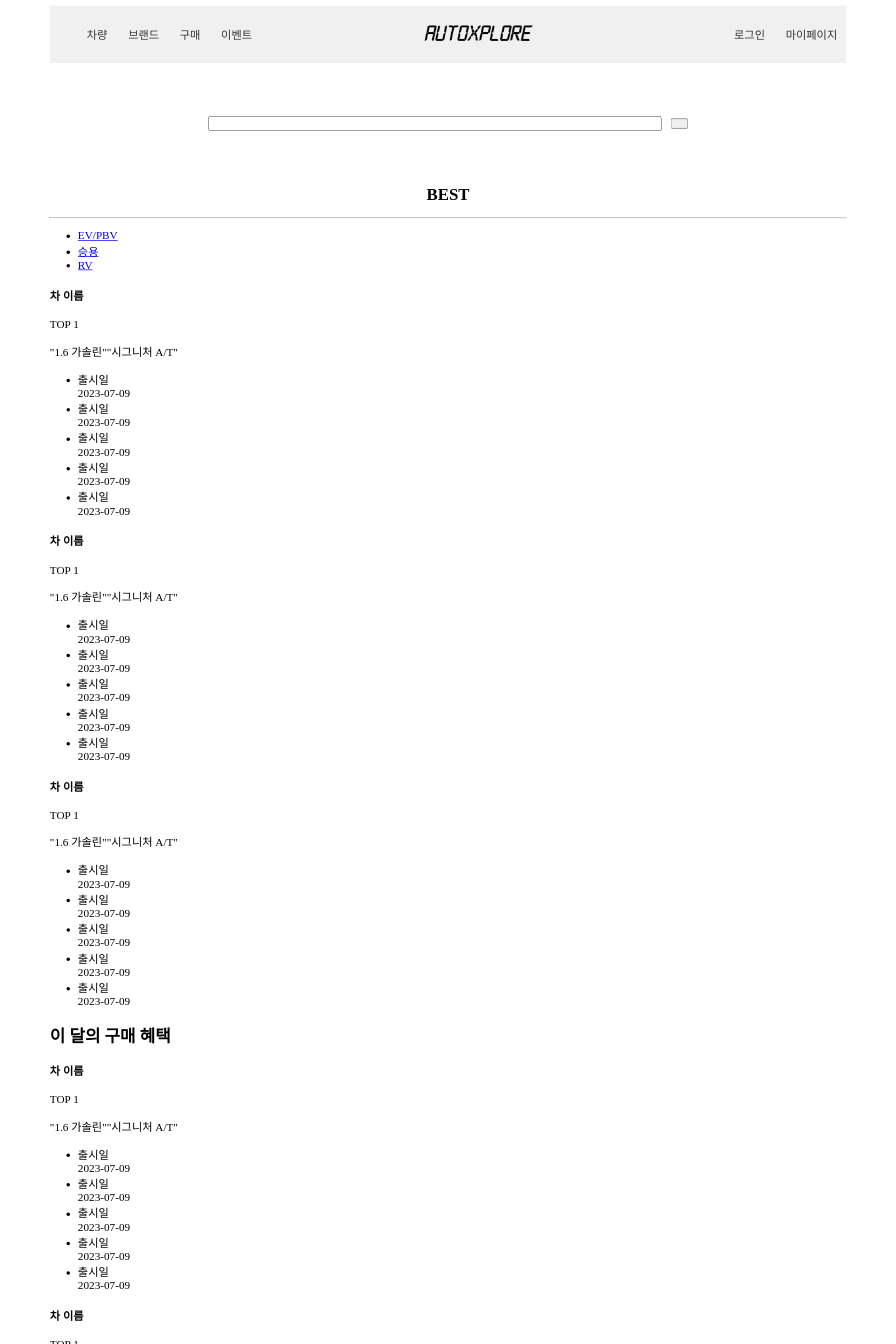
Repository: Autoxplore/Autoxplore
Page: main/main.html
The author's editor kept a copy of each file at every save. The page is drawn from the files as they stood at one save, then again after the next save.
The browser window is 1280 px wide. The pictures show the part of the page from y = 0 to 1920 px (the page is 3423 px tall), at 70% of full size.

Above is the page before, as saved 2023-08-03 08:57:06.

After the next save:
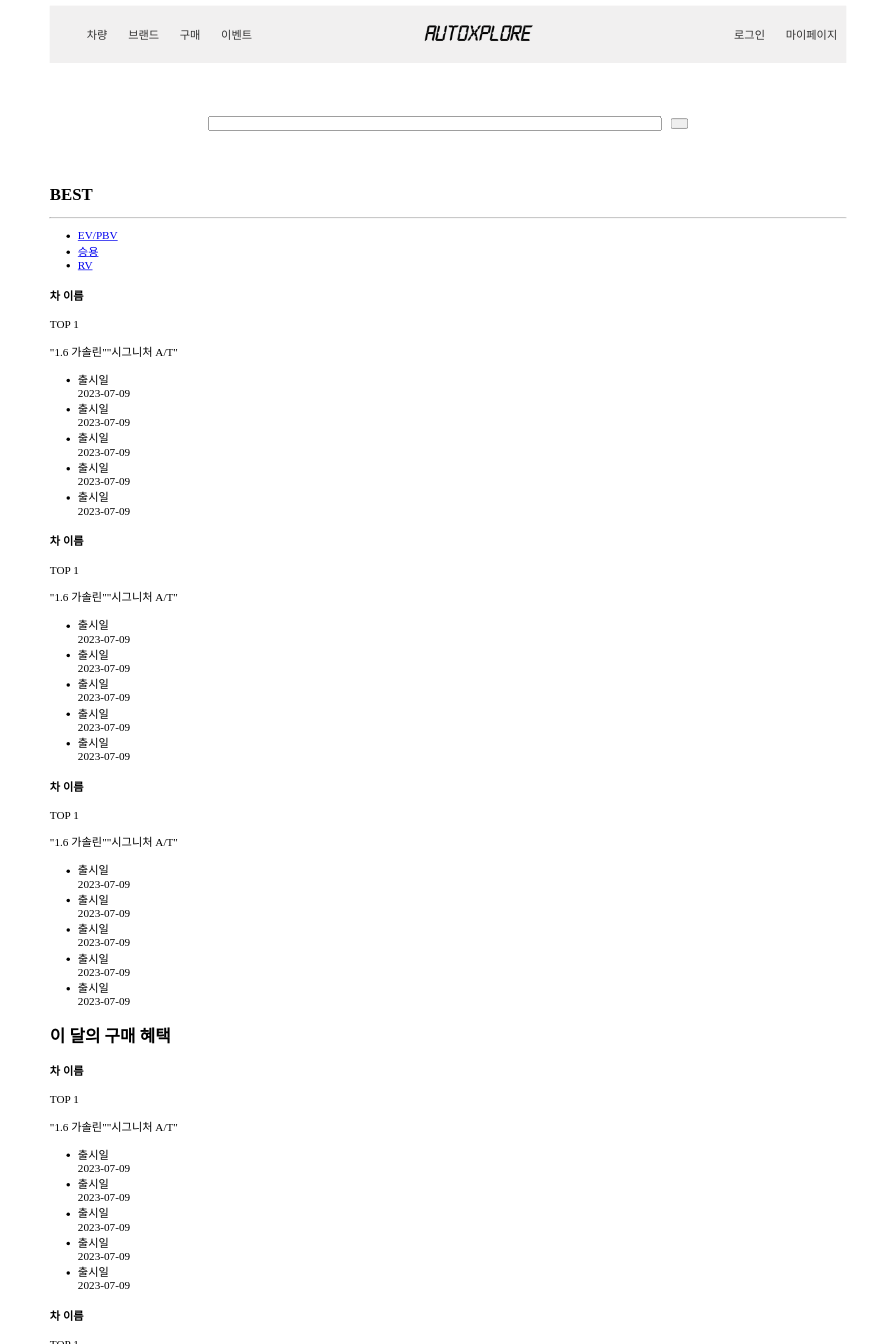
Saved 93 s later.
--- a/main/main.html
+++ b/main/main.html
@@ -30,8 +30,8 @@
             <input type="button">
         </section>
         <div>
-            <div class="best">
-                <h2>BEST</h2>
+            <div>
+                <h2 class="best">BEST</h2>
                 <hr>
                 <ul>
                     <li><a href="#">EV/PBV</a></li>
